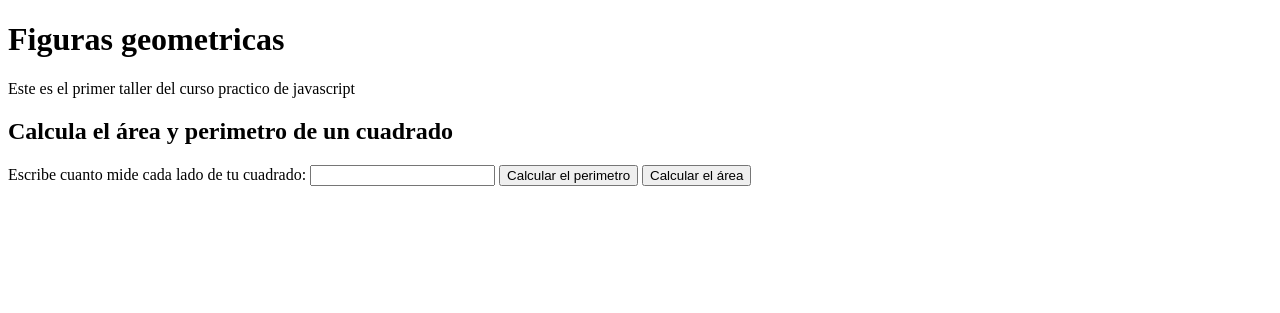
Repository: orlando-1234/curso-practico-javascript
Page: figuras.html
These files come from the project's save history. The page is drawn as it stood at one moment and after the next save; the edit follows.
The browser window is 1280 px wide. The pictures show the whole page.

Above is the page before, as saved 2021-09-17 14:59:34.

After the next save:
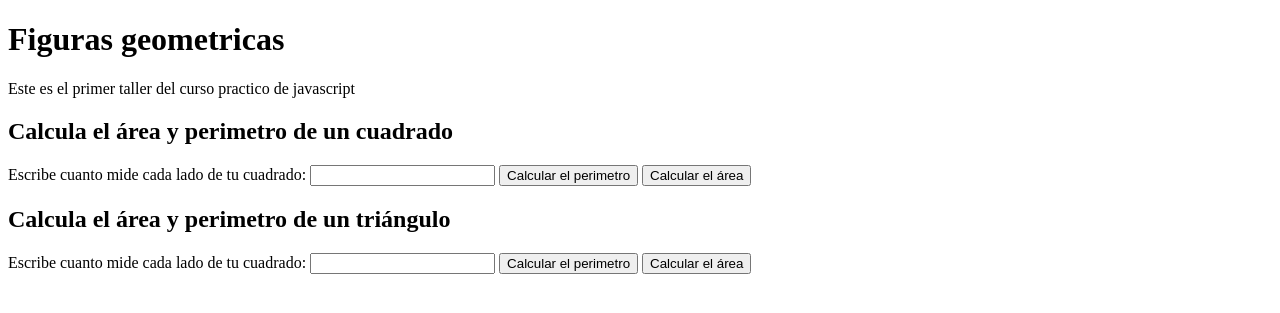
Saved 7 min 0 s later.
--- a/figuras.html
+++ b/figuras.html
@@ -24,6 +24,17 @@
         </form>
     </section>
 
+    <section>
+        <h2>Calcula el área y perimetro de un triángulo</h2>
+
+        <form>
+            <label for="InputTriangulo">Escribe cuanto mide cada lado de tu cuadrado:</label>
+            <input id="InputTriangulo" type="number">
+            <button type="button" onclick="calcularPerimetroTriangulo()">Calcular el perimetro</button>
+            <button type="button" onclick="calcularAreaTriangulo()">Calcular el área</button>
+        </form>
+    </section>
+
     <script src="./figuras.js"></script>
 </body>
 </html>
